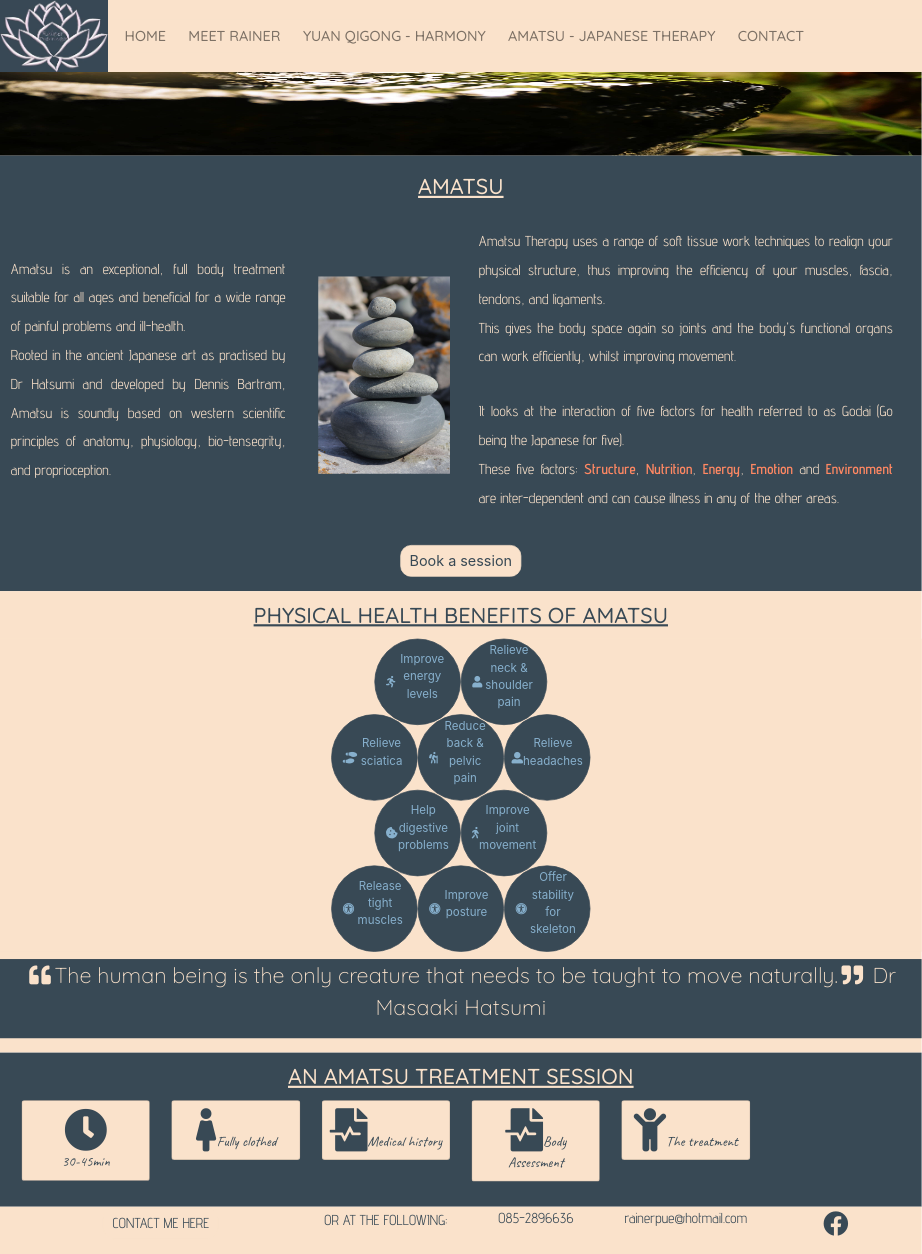
Repository: rainerpue/practitioner_website
Page: amatsu.html
The author's editor kept a record of every edit. The page is drawn from the files as they stood at one moment, then again after the next edit.
The browser window is 1280 px wide. The pictures show the whole page, at 72% of full size.
Some web libraries are served in a nearby version.

Above is the page before.

### amatsu.html
<!DOCTYPE html>
<html lang="en">

<head>
    <meta charset="UTF-8">
    <meta name="viewport" content="width=device-width, initial-scale=1.0">
    <meta http-equiv="X-UA-Compatible" content="ie=edge">
    <meta name="description" content="Home page | Rainer Puehringer, Find your Energy flow">
    <meta name="keywords" content="qigong, amatsu, therapy, energy flow, body balance, harmony, Japanese therapy, yuan gong, ireland">
    <meta name="author" content="Rainer Puehringer">
    <!-- style links -->
    <link rel="stylesheet" href="https://stackpath.bootstrapcdn.com/bootstrap/4.3.1/css/bootstrap.min.css" type="text/css" />
    <link rel="stylesheet" href="https://cdnjs.cloudflare.com/ajax/libs/font-awesome/5.9.0/css/all.min.css" type="text/css" />

    <!-- link to my css file comes after to make sure it render over bootstrap style -->
    <link rel="stylesheet" href="assets/css/style.css" type="text/css" />

    <title>Rainer Puehringer, Find your Energy flow with Yuan Qigong and Amatsu</title>

</head>

<body>
    <!-- navbar and logo -->
    <!-- blue background will only show on bigger screens, set to transparent for mobile device -->
    <nav class="navbar navbar-expand-md fixed-top navbar-light nav-coral">
        <!-- logo -->
        <a href="index.html" class="navbar-brand logo">
            <img src="assets/images/logo.jpg" width="150" height="100" alt="logo">
        </a>
        <!-- button for smaller devices -->
        <button class="navbar-toggler" type="button" data-toggle="collapse" data-target="#burger" aria-controls="burger" aria-expanded="false" aria-label="Toggle navigation">
    <span class="fa fa-bars"></span>
  </button>
        <!-- navigation items which drop down vertically from burger icon in smaller devices -->
        <div class="collapse navbar-collapse" id="burger">
            <ul class="navbar-nav mr-auto text-uppercase">
                <li class="nav-item">
                    <a class="nav-link" href="index.html">Home</a>
                </li>
                <li class="nav-item">
                    <a class="nav-link" href="about.html">Meet Rainer</a>
                </li>
                <li class="nav-item">
                    <a class="nav-link" href="qigong.html">Yuan Qigong - Harmony</a>
                </li>
                <li class="nav-item">
                    <a class="nav-link" href="amatsu.html">Amatsu - Japanese Therapy</a>
                </li>
                <li class="nav-item">
                    <a class="nav-link" href="index.html">Contact</a>
                </li>
            </ul>
        </div>
    </nav>

    <!-- end navbar -->


    <!-- image banner -->
    <main>
        <div class="container-fluid">
            <div class="row">
                <div class="col-12 banner-image amatsu-img">
                </div>
            </div>
        </div>

        <!-- Amatsu intro -->
        <section class="container-fluid bg-grey intro-section">
            <div class="row">
                <div class="col-12 offset text-center">
                    <h3 class="text-uppercase">Amatsu</h3>
                </div>
            </div>
            <div class="row section-details">
                <div class="col-12 col-md-4 main-content text-center">
                    <p class="text-justify">Amatsu is an exceptional, full body treatment suitable for all ages and beneficial for a wide range of painful problems and ill-health.<br> Rooted in the ancient Japanese art as practised by Dr Hatsumi and developed by Dennis Bartram,
                        Amatsu is soundly based on western scientific principles of anatomy, physiology, bio-tensegrity, and proprioception.</p>
                </div>
                <div class="col-12 col-md-2 text-center">
                    <img class="sm-img" src="assets/images/amatsu.jpg" width="100%" height="auto" alt="Stones balanced">
                </div>
                <div class="col-12 col-md-6 main-content text-center">
                    <p class="text-justify specialp">Amatsu Therapy uses a range of soft tissue work techniques to realign your physical structure, thus improving the efficiency of your muscles, fascia, tendons, and ligaments.<br> This gives the body space again so joints and the body's
                        functional organs can work efficiently, whilst improving movement.</p>
                    <p class="text-justify specialp">It looks at the interaction of five factors for health referred to as Godai (Go being the Japanese for five). <br> These five factors: <span class="fivefactors">Structure</span>, <span class="fivefactors">Nutrition</span>, <span class="fivefactors">Energy</span>,
                        <span class="fivefactors">Emotion</span> and <span class="fivefactors">Environment</span> are inter-dependent and can cause illness in any of the other areas.</p>
                </div>
            </div>

            <div class="container-fluid">
                <div class="row text-center">
                    <div class="col-12">
                        <a class="btn btn--gal btn--coral" href="contact.html">Book a session</a>
                    </div>
                </div>
            </div>
        </section>

        <!-- Health benefits/stones design -->

        <section class="container-fluid bg-coral">
            <div class="row">
                <div class="col-12">
                    <h3 class="text-uppercase text-center">Physical health benefits of Amatsu</h3>
                </div>
            </div>
            <ul class="row bg-coral stone-section">
                <li class="row first-stone-row">
                    <div class="col-6 each-stone text-center">
                        <i class="fa fa-running"></i>
                        <p>Improve energy levels</p>
                    </div>
                    <div class="col-6 each-stone text-center">
                        <i class="fa fa-user"></i>
                        <p>Relieve neck & shoulder pain</p>
                    </div>
                </li>
                <li class="row second-stone-row">
                    <div class="col-4 each-stone text-center">
                        <i class="fa fa-shoe-prints"></i>
                        <p>Relieve sciatica</p>
                    </div>
                    <div class="col-4 each-stone text-center">
                        <i class="fa fa-hiking"></i>
                        <p>Reduce back & pelvic pain</p>
                    </div>
                    <div class="col-4 each-stone text-center">
                        <i class="fa fa-user-alt"></i>
                        <p>Relieve headaches</p>
                    </div>

                </li>
                <li class="row third-stone-row">
                    <div class="col-6 each-stone text-center">
                        <i class="fa fa-cookie-bite"></i>
                        <p>Help digestive problems</p>
                    </div>
                    <div class="col-6 each-stone text-center">
                        <i class="fa fa-walking"></i>
                        <p>Improve joint movement</p>
                    </div>
                </li>
                <li class="row fourth-stone-row">

                    <div class="col-4 each-stone text-center">
                        <i class="fa fa-universal-access"></i>
                        <p>Release tight muscles</p>
                    </div>
                    <div class="col-4 each-stone text-center">
                        <i class="fa fa-universal-access"></i>
                        <p>Improve posture</p>
                    </div>
                    <div class="col-4 each-stone text-center">
                        <i class="fa fa-universal-access"></i>
                        <p>Offer stability for skeleton</p>
                    </div>
                </li>
            </ul>
            <div class="row bg-grey d-none d-md-block">
                <div class="col-12">
                    <p class="quote text-center "><i class="fa fa-quote-left"></i>The human being is the only creature that needs to be taught to move naturally.<i class="fa fa-quote-right"></i> Dr Masaaki Hatsumi</p>
                </div>
            </div>
        </section>

        <!-- Amatsu treatment / cards -->

        <section class="container-fluid bg-grey">
            <div class="row">
                <div class="col-12">
                    <h3 class="text-uppercase text-center">An Amatsu treatment session</h3>
                </div>
            </div>
            <div class="row text-center">
                <div class="col-12 col-sm-4 col-lg-2 text-center">
                    <div class="card">
                        <div class="card-item">
                            <div class="row">
                                <div class="col-12">
                                    <i class="fa fa-clock"></i>
                                </div>
                            </div>
                            <div class="row">
                                <div class="col-12">
                                    <span class="card-text">30-45min</span>
                                </div>
                            </div>
                        </div>
                    </div>
                </div>
                <div class="col-12 col-sm-4 col-lg-2 text-center">
                    <div class="card">
                        <div class="card-item">
                            <i class="fa fa-female"></i><span class="card-text">Fully clothed</span>
                        </div>
                    </div>
                </div>
                <div class="col-12 col-sm-4 col-lg-2 text-center">
                    <div class="card">
                        <div class="card-item">
                            <i class="fa fa-file-medical-alt"></i><span class="card-text">Medical history</span>
                        </div>
                    </div>
                </div>
                <div class="col-12 col-sm-4 col-lg-2 text-center">
                    <div class="card">
                        <div class="card-item">
                            <i class="fa fa-file-medical-alt"></i><span class="card-text">Body Assessment</span>
                        </div>
                    </div>
                </div>
                <div class="col-12 col-sm-4 col-lg-2 text-center">
                    <div class="card">
                        <div class="card-item" width="30px">
                            <i class="fa fa-child"></i><span class="card-text">The treatment</span>
                        </div>
                    </div>
                </div>
            </div>
        </section>
    </main>

    <!-- footer background-color changed to adapt to rest of this page -->

    <footer>
        <div class="container-fluid bg-coral">
            <div class="row footer-row">
                <div class="col-12 col-md-4 footer-contact">
                    <a class="btn btn--gal btn--coral text-uppercase" href="#">Contact Me Here</a>
                </div>
                <div class="col-12 col-md-2 footer-contact">
                    <h5 class="text-uppercase">or at the following:</h5>
                </div>
                <div class="col-12 col-md-2 footer-contact">
                    <p>085-2896636</p>
                </div>
                <div class="col-12 col-md-2 footer-contact">
                    <p>rainerpue@hotmail.com</p>
                </div>
                <div class="col-12 col-md-2 footer-contact">
                    <a class="socialmedia" href="https://www.facebook.com/YuanGongandAmatsuwithRainer/" target="_blank">
                    <i class="fab fa-facebook"></i>
                    <span class="sr-only">Facebook</span>
                    </a>
                </div>
            </div>
        </div>
    </footer>

    <script src="https://code.jquery.com/jquery-3.2.1.slim.min.js " integrity="sha384-KJ3o2DKtIkvYIK3UENzmM7KCkRr/rE9/Qpg6aAZGJwFDMVNA/GpGFF93hXpG5KkN " crossorigin="anonymous "></script>
    <script src="https://cdnjs.cloudflare.com/ajax/libs/popper.js/1.12.9/umd/popper.min.js " integrity="sha384-ApNbgh9B+Y1QKtv3Rn7W3mgPxhU9K/ScQsAP7hUibX39j7fakFPskvXusvfa0b4Q " crossorigin="anonymous "></script>
    <script src="https://maxcdn.bootstrapcdn.com/bootstrap/4.0.0/js/bootstrap.min.js " integrity="sha384-JZR6Spejh4U02d8jOt6vLEHfe/JQGiRRSQQxSfFWpi1MquVdAyjUar5+76PVCmYl " crossorigin="anonymous "></script>
</body>

</html>

Loaded but not shown: assets/css/style.css (629 lines, source omitted)

After the next edit:
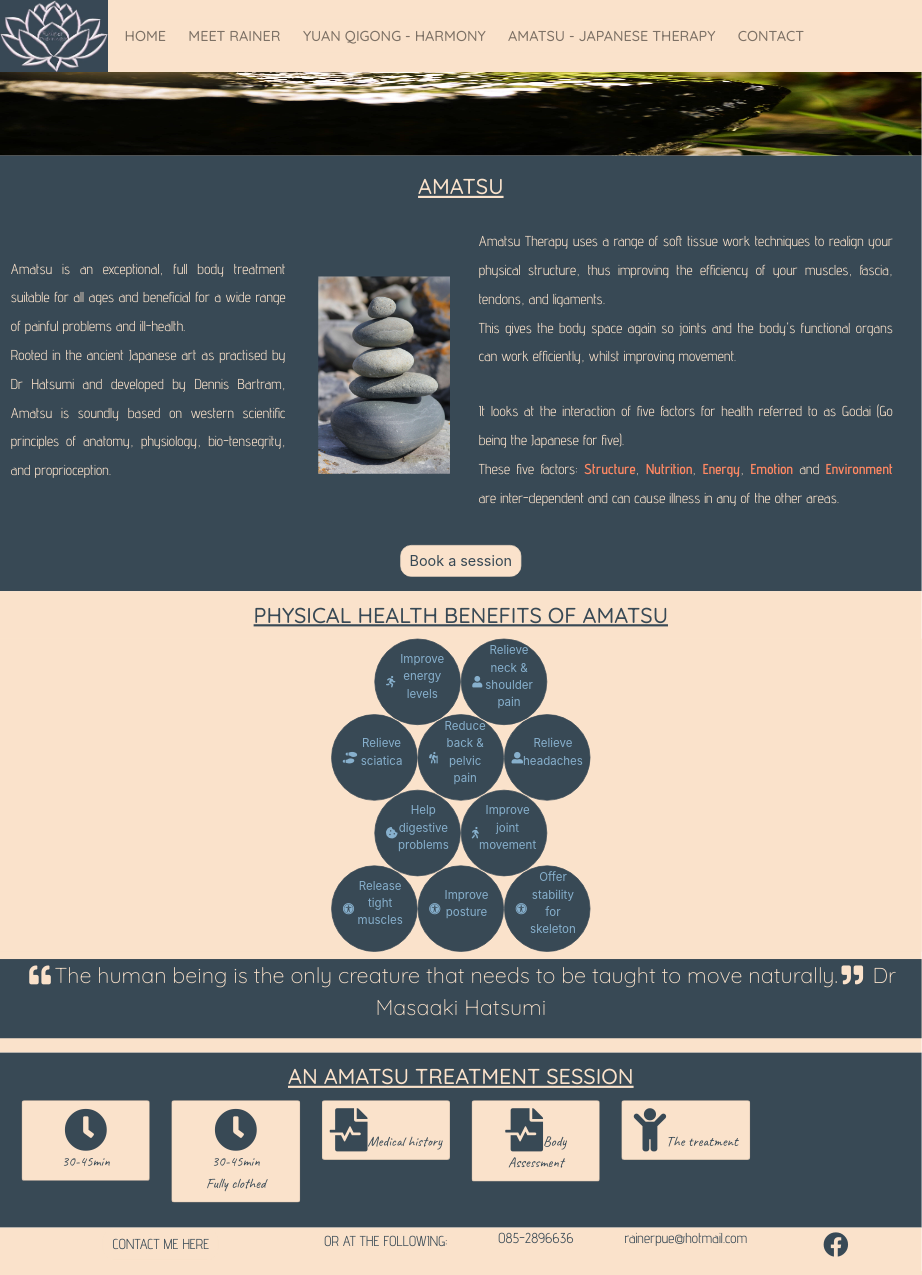
The edit:
--- a/amatsu.html
+++ b/amatsu.html
@@ -192,7 +192,17 @@
                 <div class="col-12 col-sm-4 col-lg-2 text-center">
                     <div class="card">
                         <div class="card-item">
-                            <i class="fa fa-female"></i><span class="card-text">Fully clothed</span>
+                            <div class="row">
+                                <div class="col-12">
+                                    <i class="fa fa-clock"></i>
+                                </div>
+                            </div>
+                            <div class="row">
+                                <div class="col-12">
+                                    <span class="card-text">30-45min</span>
+                                </div>
+                            </div>
+                            <span class="card-text">Fully clothed</span>
                         </div>
                     </div>
                 </div>
